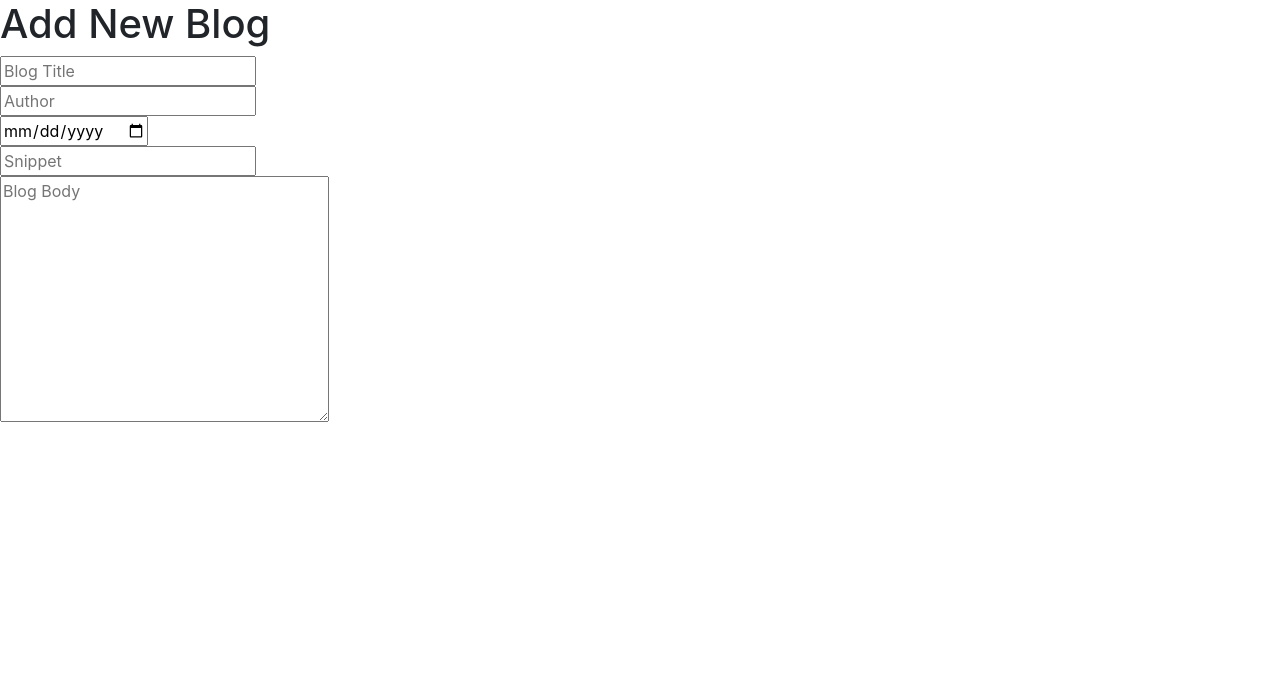
Repository: just-mann/just-blog
Page: http://localhost/add-blog
The author's editor kept a copy of each file at every save. The page is drawn from the files as they stood at one save, then again after the next save.
The browser window is 1280 px wide. The pictures show the whole page.
The page is served by the project's Node server (index.js).

Above is the page before, as saved 2022-01-29 12:09:47.

### views/add-blog.ejs
<!doctype html>
<html lang="en">
  <head>
    <title>Add New Blog</title>
    <!-- Required meta tags -->
    <meta charset="utf-8">
    <meta name="viewport" content="width=device-width, initial-scale=1, shrink-to-fit=no">

    <!-- Bootstrap CSS -->
    <link rel="stylesheet" href="https://stackpath.bootstrapcdn.com/bootstrap/4.3.1/css/bootstrap.min.css" integrity="sha384-ggOyR0iXCbMQv3Xipma34MD+dH/1fQ784/j6cY/iJTQUOhcWr7x9JvoRxT2MZw1T" crossorigin="anonymous">
  </head>
  <body>
    <div>
      <h1>Add New Blog</h1>
      <form action="/add-new-blog" method="POST">
        <div class="titleDiv">
          <input type="text" name="title" class="blog-title" placeholder="Blog Title">
        </div>
        <div class="authorDiv">
          <input type="text" name="title" class="blog-author" placeholder="Author">
        </div>
        <div class="dateDiv">
          <input type="date" name="date" class="blog-date">
        </div>
        <div class="snippetDiv">
          <input type="text" name="snippet" class="blog-snippet" placeholder="Snippet">
        </div>
        <div>
          <textarea name="blog-body" id="blog-body" cols="30" rows="10" class="blog-body" placeholder="Blog Body"></textarea>
        </div>
      </form>
    </div>

    <!-- Optional JavaScript -->
    <!-- jQuery first, then Popper.js, then Bootstrap JS -->
    <script src="https://code.jquery.com/jquery-3.3.1.slim.min.js" integrity="sha384-q8i/X+965DzO0rT7abK41JStQIAqVgRVzpbzo5smXKp4YfRvH+8abtTE1Pi6jizo" crossorigin="anonymous"></script>
    <script src="https://cdnjs.cloudflare.com/ajax/libs/popper.js/1.14.7/umd/popper.min.js" integrity="sha384-UO2eT0CpHqdSJQ6hJty5KVphtPhzWj9WO1clHTMGa3JDZwrnQq4sF86dIHNDz0W1" crossorigin="anonymous"></script>
    <script src="https://stackpath.bootstrapcdn.com/bootstrap/4.3.1/js/bootstrap.min.js" integrity="sha384-JjSmVgyd0p3pXB1rRibZUAYoIIy6OrQ6VrjIEaFf/nJGzIxFDsf4x0xIM+B07jRM" crossorigin="anonymous"></script>
  </body>
</html>

### index.js
const express = require('express');
const cors = require('cors');
const bodyParser = require('body-parser');


const app = express();

// BodyParser to tidy up the input from the form
app.use(bodyParser.urlencoded({ extended: true }));

// Setting the view engine
app.set('view engine', 'ejs');




// Get all the blogs from the database
app.get('/api/blogs', cors(), (req, res) => {
    res.send('Server is running.');
})

// Render the form that let's you add a new blog
app.get('/add-blog', (req, res) => {
    res.render('add-blog');
})


// Add new blog to the database
app.post('/add-new-blog', (req, res) => {

})







const PORT = process.env.PORT || 5000;
app.listen(PORT, () => console.log(`Server is running on port ${PORT}`))

After the next save:
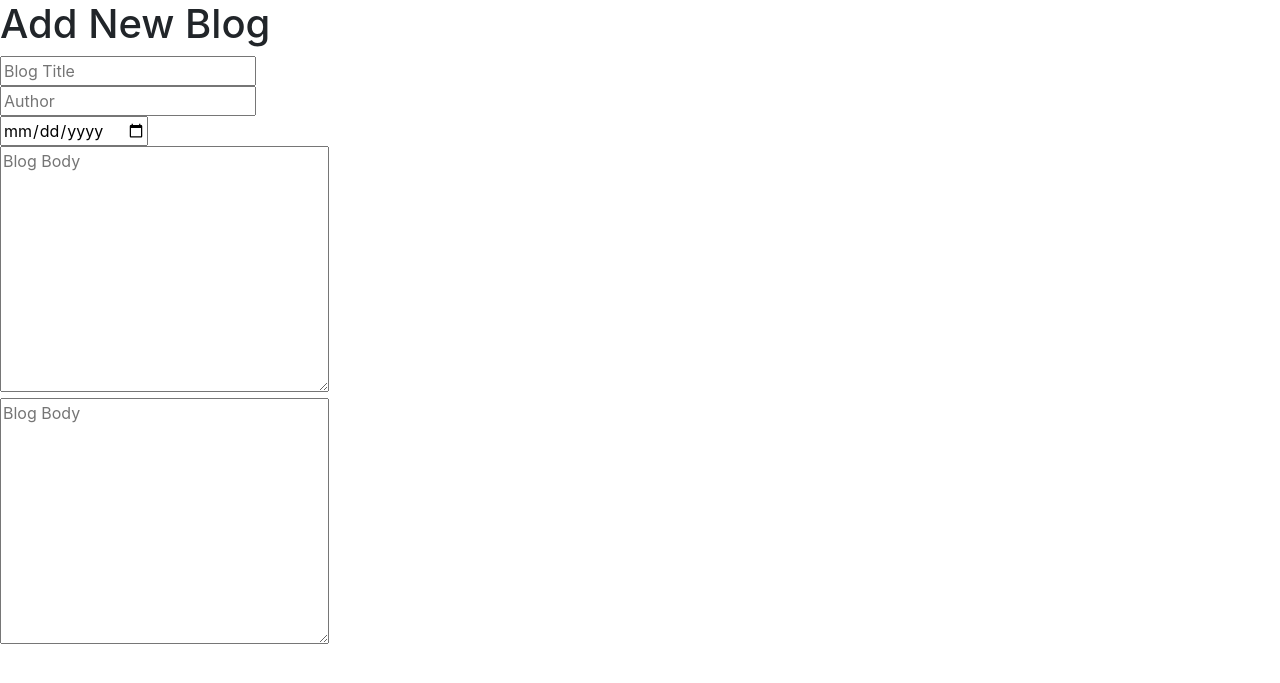
Saved 29 s later.
--- a/views/add-blog.ejs
+++ b/views/add-blog.ejs
@@ -23,7 +23,7 @@
           <input type="date" name="date" class="blog-date">
         </div>
         <div class="snippetDiv">
-          <input type="text" name="snippet" class="blog-snippet" placeholder="Snippet">
+          <textarea name="blog-snippet" id="blog-snippet" cols="30" rows="10" class="blog-snippet" placeholder="Blog Body"></textarea>
         </div>
         <div>
           <textarea name="blog-body" id="blog-body" cols="30" rows="10" class="blog-body" placeholder="Blog Body"></textarea>
